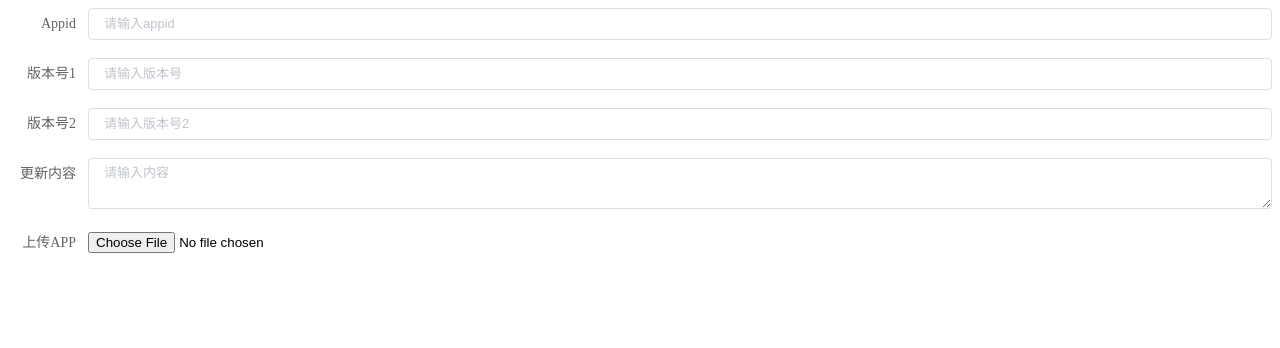
Repository: wfj01/Qmhht
Page: /#/Upload
An editor plug-in stored every save of this project. The page is shown before and after a run of saves, followed by the edit.
The browser window is 1280 px wide. The pictures show the whole page.
The project was rebuilt for these pictures with package versions that can differ from the ones it lists, and the page was loaded fresh each time. Also part of the build but not shown: src/components/HelloWorld.vue, src/view/msite.vue, src/view/index/index.vue, src/view/index/home/home.vue, src/view/login/login.vue, src/components/add/adduser.vue, src/view/table/table.vue.

Above is the page before, as saved 2021-01-16 16:30:07.
Console error: TypeError: Cannot read properties of undefined (reading 'protocol')

After the next 3 saves:
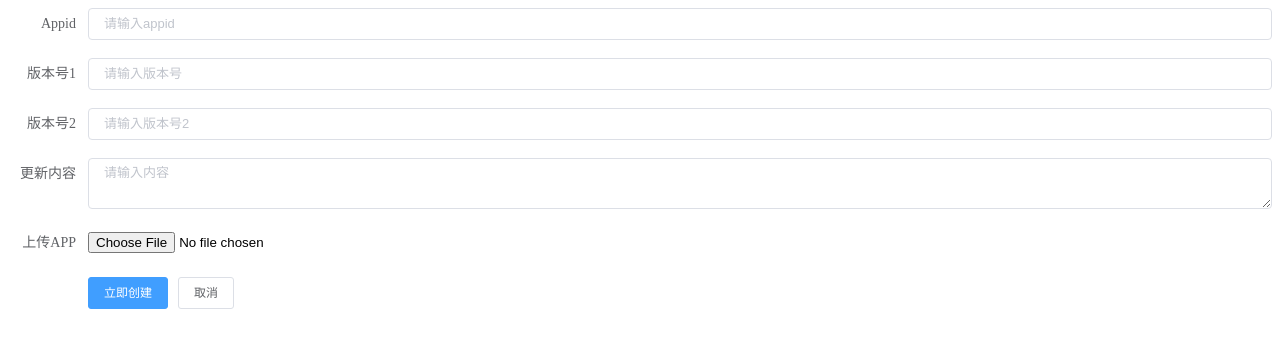
The 3 saves are shown as one change because 1 did not build or start and some came seconds apart.
The last was saved 119 s later.
--- a/src/view/uploadfile/index.vue
+++ b/src/view/uploadfile/index.vue
@@ -1,36 +1,34 @@
 <template>
-  <div>
-    <el-form ref="form" :model="form" label-width="80px">
-      <el-form-item label="Appid">
-        <el-input v-model="form.appid" placeholder="请输入appid"></el-input>
-      </el-form-item>
-      <el-form-item label="版本号1">
-        <el-input v-model="form.version" placeholder="请输入版本号"></el-input>
-      </el-form-item>
-      <el-form-item label="版本号2">
-        <el-input
-          v-model="form.versionnumber"
-          placeholder="请输入版本号2"
-        ></el-input>
-      </el-form-item>
-      <el-form-item label="更新内容">
-        <el-input
-          type="textarea"
-          :rows="2"
-          placeholder="请输入内容"
-          @input="changenote"
-        >
-        </el-input>
-      </el-form-item>
-      <el-form-item label="上传APP">
-        <input type="file" @change="getFile($event)" />
-      </el-form-item>
-    </el-form>
+  <el-form ref="form" :model="form" label-width="80px">
+    <el-form-item label="Appid">
+      <el-input v-model="form.appid" placeholder="请输入appid"></el-input>
+    </el-form-item>
+    <el-form-item label="版本号1">
+      <el-input v-model="form.version" placeholder="请输入版本号"></el-input>
+    </el-form-item>
+    <el-form-item label="版本号2">
+      <el-input
+        v-model="form.versionnumber"
+        placeholder="请输入版本号2"
+      ></el-input>
+    </el-form-item>
+    <el-form-item label="更新内容">
+      <el-input
+        type="textarea"
+        :rows="2"
+        placeholder="请输入内容"
+        @input="changenote"
+      >
+      </el-input>
+    </el-form-item>
+    <el-form-item label="上传APP">
+      <input type="file" @change="getFile($event)" />
+    </el-form-item>
     <el-form-item>
-    <el-button type="primary" @click="submit()">立即创建</el-button>
-    <el-button>取消</el-button>
-  </el-form-item>
-  </div>
+      <el-button type="primary" @click="submit()">立即创建</el-button>
+      <el-button @click="resetForm('form')">取消</el-button>
+    </el-form-item>
+  </el-form>
 </template>
 
 <script>
@@ -62,6 +60,9 @@ export default {
       this.file2 = event.target.files[0];
       console.log(this.file2);
     },
+    resetForm(formName) {
+      this.$refs[formName].resetFields();
+    },
     submit() {
       let formData = new FormData();
       // 向 formData 对象中添加文件
